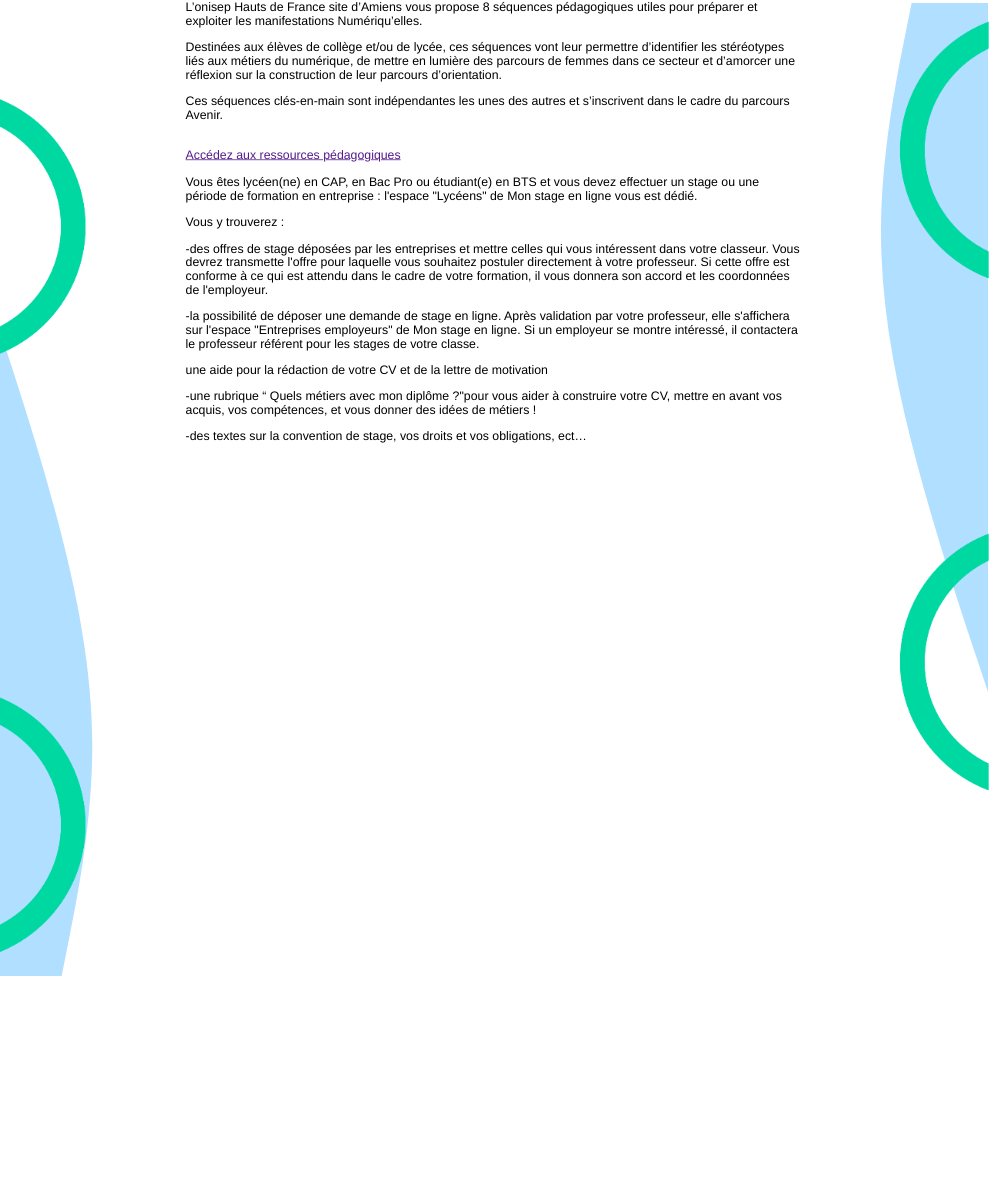
Repository: FrancisClerfayt/NumeriquElles
Page: preparation.html
The author's editor kept a copy of each file at every save. The page is drawn from the files as they stood at one save, then again after the next save.
The browser window is 1280 px wide. The page is 1284 px wide, so the pictures cover 1284 px, including what lies to the right of the window. The pictures show the whole page, at 77% of full size.

Above is the page before, as saved 2020-10-27 16:03:43.

### preparation.html
<!DOCTYPE html>
<html lang="en">

<head>
    <meta charset="UTF-8">
    <meta name="viewport" content="width=device-width, initial-scale=1.0">
    <title>Aller plus loins</title>
    <link rel="stylesheet" href="preparation.css">
</head>

<body>
    <header></header>
    <section class="pagePeparation">
        <div class="backgroudImg">
            <img src="img/round-ConvertImage_gaitubao_369x121.png" alt="" class="imgLeftTop">
            <img src="img/wave.svg" alt="" class="imgLeftLong">
            <img src="img/round-ConvertImage_gaitubao_369x121.png" alt="" class="imgLeftBottom">
        </div>

        <div class="contenuePreparation">
          <p class="textHautP">L’onisep Hauts de France site d’Amiens vous propose 8 séquences pédagogiques utiles pour préparer et exploiter les manifestations Numériqu’elles.</p>
          <p class="textHautP">Destinées aux élèves de collège et/ou de lycée, ces séquences vont leur permettre d’identifier les stéréotypes liés aux métiers du numérique, de mettre en lumière des parcours de femmes dans ce secteur et d’amorcer une réflexion sur la construction de leur parcours d’orientation.</p>
          <p class="textHautP">Ces séquences clés-en-main sont indépendantes les unes des autres et s’inscrivent dans le cadre du parcours Avenir.</p>
            <img src="" alt="" class="imgHautP">
            <div class="greenBouton">
                <a href="">Accédez aux ressources pédagogiques</a>

            </div>
            <img src="" alt="" class="imgblue">
            <div class="textBottomP">
                <P class="blackF">Vous êtes lycéen(ne) en CAP, en Bac Pro ou étudiant(e) en BTS et vous devez effectuer un stage ou une période de formation en entreprise  : l'espace "Lycéens" de Mon stage en ligne vous est dédié. </P>
                <P class="blackF">Vous y trouverez :</P>
                <p><span class="blackF">    -des offres de stage déposées par les entreprises</span> et mettre celles qui vous intéressent dans votre
                    classeur. Vous devrez transmette l'offre pour laquelle vous souhaitez postuler directement à votre
                    professeur. Si cette offre est conforme à ce qui est attendu dans le cadre de votre formation,  il vous
                    donnera son accord et les coordonnées de l'employeur.</p>
                <p><span class="blackF">   -la possibilité de déposer une demande de stage en ligne. </span>Après validation par votre professeur, elle
                    s'affichera sur l'espace "Entreprises employeurs" de Mon stage en ligne. Si un employeur se montre
                    intéressé, il contactera le professeur référent pour les stages de votre classe.
              </p>
                <p>une aide pour la rédaction de <span class="blackF"> votre CV et de la lettre de motivation
                </span></p>
                <p> -une rubrique<span class="blackF"> “ Quels métiers avec mon diplôme ?"</span>pour vous aider à construire votre CV, mettre en
                    avant vos acquis, vos compétences, et  vous donner des idées de métiers !</p>
                <p> -des textes <span class="blackF"></span>sur la convention de stage, vos droits et vos obligations, ect…</p>
            </div>



        </div>


        <div class="backgroudImg">
            <img src="img/round-ConvertImage_gaitubao_369x121.png" alt="" class="imgRightTop">
            <img src="img/wave.svg" alt="" class="imgRightLong">
            <img src="img/round-ConvertImage_gaitubao_369x121.png" alt="" class="imgRightBottom">
        </div>
    </section>
    <footer></footer>
</body>

</html>

### preparation.css
*{
    margin: 0;
    padding:0

}

body {
    font-family:  Helvetica Neue ,Arial, Helvetica, sans-serif ;
    text-align: left;
}
p {
    margin-bottom: 1em;
}
.pagePeparation {
    display: flex;
    flex-direction: row;
}
/* les décroration de page commence */
.backgroudImg {
    display: flex;
    flex-direction: column;
    justify-content: flex-start;
}
.imgLeftTop,
.imgLeftBottom {
    transform: rotate(90deg);
    margin-left: -8em;
    padding-left: 0;
    margin-bottom: 26em;
    margin-top: 15em;

}
.imgLeftLong {
    transform: rotate(90deg);
    position: absolute;
    width: 70%;
    left: -23em;
    top: 45em;
    z-index: -2;
    opacity: .3;
}

.imgRightLong {
    transform: rotate(-90deg);
    position: absolute;
    width: 70%;
    right: -22em;
    top: 22em;
    z-index: -2;
    opacity: .3;
}


.imgRightTop,
.imgRightBottom {
    transform: rotate(-90deg);
    margin-right: -8em;
    padding-left: 0;
    margin-bottom: 26em;
    margin-top: 8em;
    z-index: 2;
}
.imgCentreBottom {
    transform: rotate(180deg);
    margin-right: 5em;
    z-index: -1;
    margin-top: 0;
}
/* les décroration de page fini */

/*
.telecharge > a {
    background-color: #62D3A4;
    border-radius: 2em;
    color: beige;
    text-align: center;
    margin: 1.5em auto;
    padding: 1em;
    text-decoration: none;
} */

After the next save:
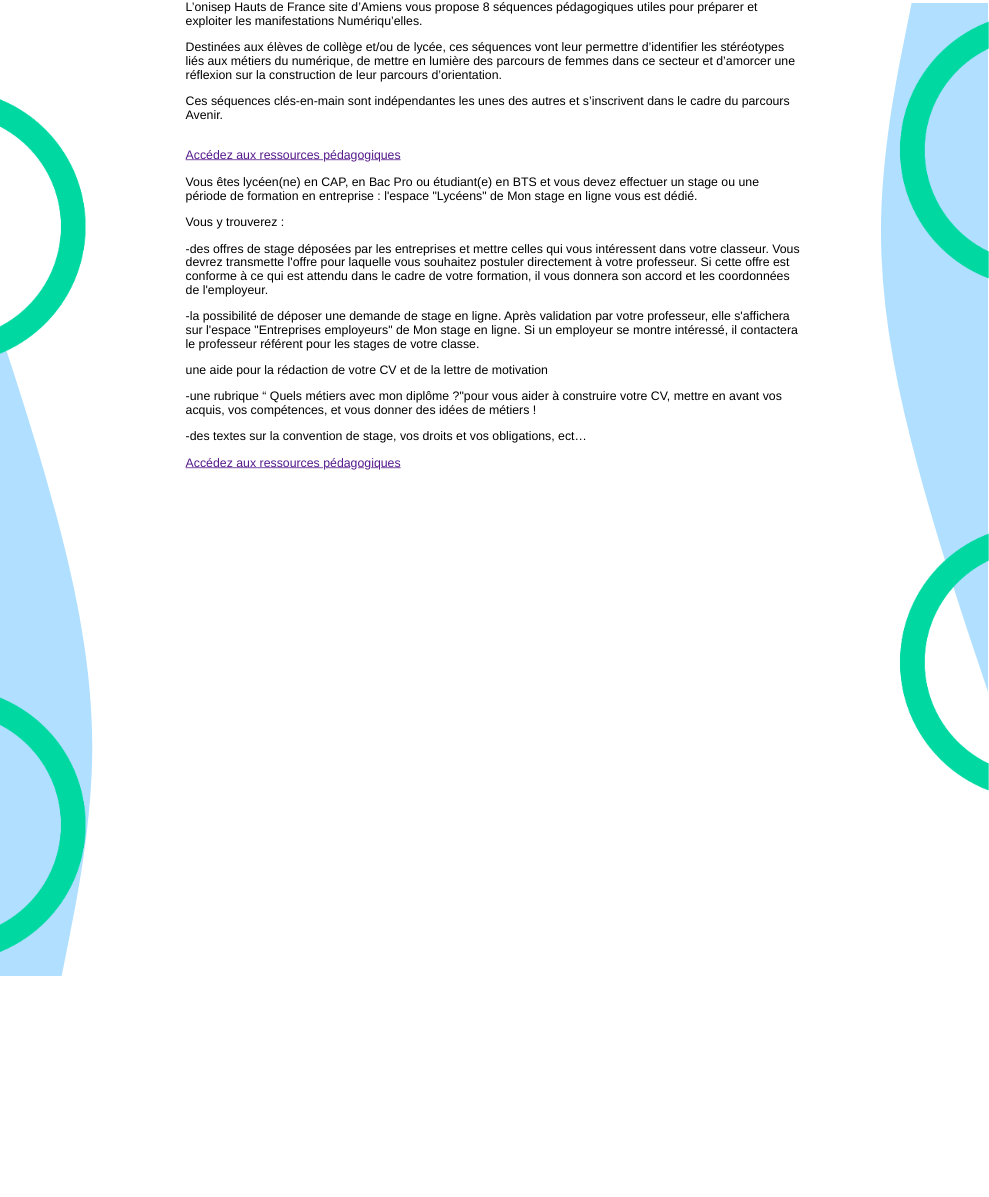
Saved 39 s later.
--- a/preparation.html
+++ b/preparation.html
@@ -44,7 +44,10 @@
                     avant vos acquis, vos compétences, et  vous donner des idées de métiers !</p>
                 <p> -des textes <span class="blackF"></span>sur la convention de stage, vos droits et vos obligations, ect…</p>
             </div>
+            <div class="greenBouton">
+                <a href="">Accédez aux ressources pédagogiques</a>
 
+            </div>
 
 
         </div>
